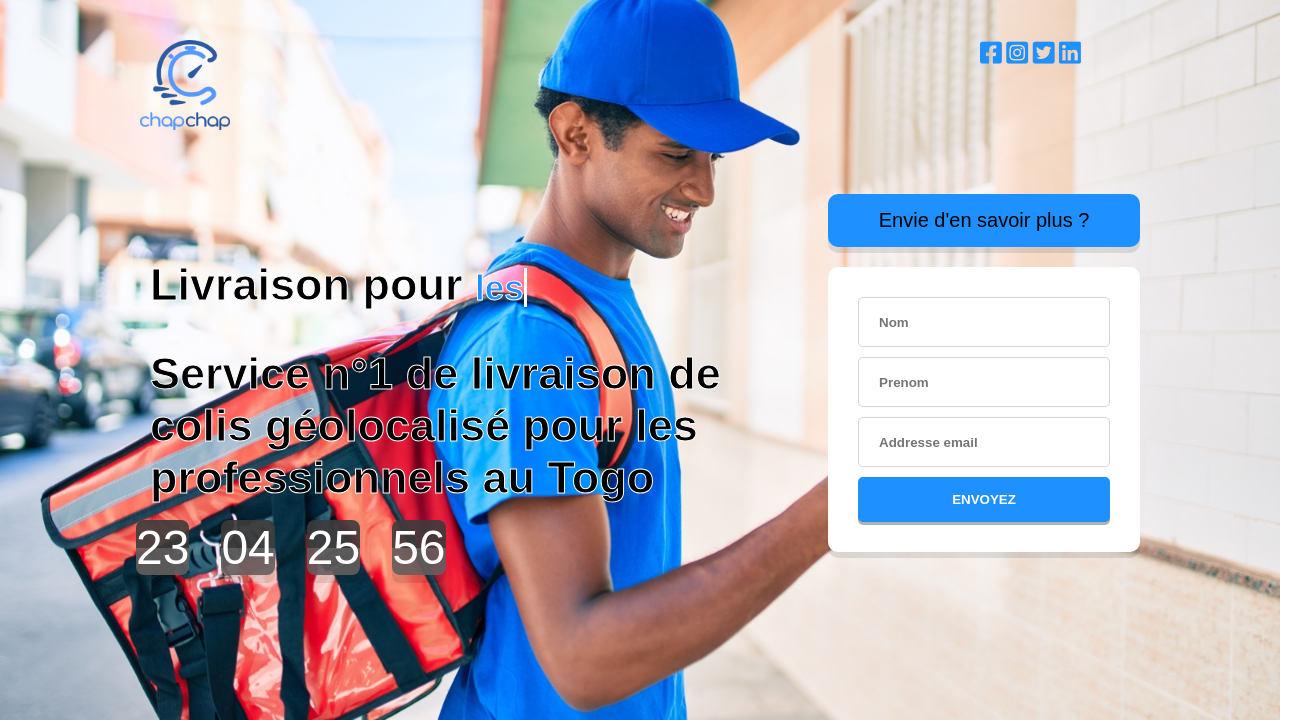
Repository: lawalalao/landpage
Page: index.html
These files come from the project's save history. The page is drawn as it stood at one moment and after the next save; the edit follows.
The browser window is 1280 px wide. The page is 1280 px wide, then 1302 px, then 1280 px, so the pictures cover 1302 px, including what lies to the right of the window. The pictures show the whole page.
Some web fonts or font styles are not loaded; a fallback is used.

Above is the page before, as saved 2021-01-15 15:32:59.
Console error: TypeError: Cannot read properties of null (reading 'addEventListener')

### index.html
<!DOCTYPE html>
<html lang="en">
<head>
    <meta charset="UTF-8">
    <meta name="viewport" content="width=device-width, initial-scale=1.0">
    <link rel="shortcut icon" type="image/x-icon" href="./assets/icone.png">
    <meta http-equiv="refresh" content="30">
    <link href="./assets/fontawesome-free-5.15.1-web/css/all.css" rel="stylesheet">
    <link rel="preconnect" href="https://fonts.gstatic.com">
    <link href="https://fonts.googleapis.com/css2?family=Allerta+Stencil&display=swap" rel="stylesheet">
    <link rel="stylesheet" href="style.css">
    <!-- Primary Meta Tags -->
<title>chapchap.tg</title>
<meta name="title" content="chapchap.tg">
<meta name="description" content="Service n°1 de livraison de colis géolocalisé pour les professionnels au Togo.comingsoon">

<!-- Open Graph / Facebook -->
<meta property="og:type" content="website">
<meta property="og:url" content="https://metatags.io/">
<meta property="og:title" content="chapchap.tg">
<meta property="og:description" content="Service n°1 de livraison de colis géolocalisé pour les professionnels au Togo.comingsoon">
<meta property="og:image" content="https://metatags.io/assets/meta-tags-16a33a6a8531e519cc0936fbba0ad904e52d35f34a46c97a2c9f6f7dd7d336f2.png">

<!-- Twitter -->
<meta property="twitter:card" content="summary_large_image">
<meta property="twitter:url" content="https://metatags.io/">
<meta property="twitter:title" content="chapchap.tg">
<meta property="twitter:description" content="Service n°1 de livraison de colis géolocalisé pour les professionnels au Togo.comingsoon">
<meta property="twitter:image" content="https://metatags.io/assets/meta-tags-16a33a6a8531e519cc0936fbba0ad904e52d35f34a46c97a2c9f6f7dd7d336f2.png">
</head>
<body>

        <div class="nav" id="navbar">
            <nav class="navbar navbar-light bg-light">
            <a class="navbar-brand" href="#">
                <img src="./assets/logo.png" width="90" height="90" alt="logo" loading="lazy">
            </a>
            </nav>
            <div class="social">
                <a href="https://web.facebook.com/chapchap.tg" target="_blank" ><i class="fab fa-facebook-square"></i></a>
                <a href="https://www.instagram.com/chapchap_tg/" target="_blank"><i class="fab fa-instagram-square"></i></a>
                <a href="https://twitter.com/chapchap_tg" target="_blank"><i class="fab fa-twitter-square"></i></a>
                <a href="https://www.linkedin.com/company/chapchap-tg" target="_blank" ><i class="fab fa-linkedin"></i></a>
            </div>
        </div>

    <section class="signup">
        <div class="signup-intro">
            <h1 class="z">Livraison pour
                <span class="txt-type" data-wait="500" data-words='["les colis", "les plis", "les marchandises", "le retail", "le dernier Kilometre"]'></span>
            </h1>
            <h1 class="x">Service n°1 de livraison de colis géolocalisé pour les professionnels au Togo</h1>
             <div class="countdown"></div>

        </div>

        <div class="signup-form">
            <div class="tryit-banner">
                <p>Envie d'en savoir plus ? </p>
            </div>

            <form action="https://formspree.io/f/xleollba" method="POST"">
                <input type="text" name="name" placeholder="Nom">
                <input type="text" name="name" placeholder="Prenom">
                <input type="email" name="_replyto"placeholder="Addresse email" required>

                <button class="button">Envoyez</button>

            </form>
        </div>
    </section>
</body>
<script src="./app.js"></script>
<script>  var prevScrollpos = window.pageYOffset;
      window.onscroll = function() {

      var currentScrollpos = window.pageYOffset;
      if(prevScrollpos > currentScrollpos) {
            document.getElementById("navbar").style.top = "0";
      } else {
            document.getElementById("navbar").style.top = "-400px";
      }

      prevScrollpos = currentScrollpos;

      }</script>
</html>

### style.css
body {
    font-family: 'Allerta Stencil',
    sans-serif;
    max-width: 310px;
    margin: 0 auto;
    padding: 20px 20px;
    background: url("./assets/image.jpeg") center no-repeat;
    background-repeat: no-repeat;
    background-size: cover;
    color: Black;
    text-align: center;
}
.social i{
    color:#1E90FF;
    font-size:25px;
}

.social i:hover {
    color: rgb(25, 29, 238);
}

.z{
    margin-top: 100px;
}

.txt-type>.txt {
    font-size: 35px;
    color: #1E90FF;
    border-right: 0.2rem solid white;
}
h1{
    -webkit-text-stroke: 1px white;
    color:black;
}
p {
    font-size: 14px;
}

.tryit-banner {
    background-color:#1E90FF;
    border-radius: 10px;
    margin-top: 50px;
    box-shadow: 0px 6px 0px rgba(0, 0, 0, 0.1);
    font-size: 14px;
}

.tryit-banner p {
    padding: 15px 0;
}

input, button {
    font-family: 'Allerta Stencil',
    sans-serif;
}

form {
    background-color: #fff;
    margin-top: 20px;
    display: flex;
    flex-direction: column;
    padding: 20px;
    border-radius: 10px;
    box-shadow: 0px 6px 0px rgba(0, 0, 0, 0.1);
}

input {
    box-sizing: border-box;
    width: 100%;
    height: 50px;
    padding-left: 20px;
    font-weight: 600;
    border: 1px solid hsl(245, 35%, 87%);
    border-radius: 5px;
    margin-bottom: 10px;
    transition: 0.1s;
}

input:hover {
    border: 1px solid hsl(246, 25%, 77%);
}

.button {
    background-color:#1E90FF;
    font-family: 'Allerta Stencil',
    sans-serif;
    border: none;
    border-radius: 5px;
    box-shadow: 0px 3px 0px rgba(0, 0, 0, 0.3);
    padding: 15px 0;
    text-transform: uppercase;
    color: #fff;
    font-weight: 600;
    transition: 0.5s;
}

.button:hover {
    background-color:#042b52;
}

.form-disclaimer {
    color: hsl(246, 25%, 77%);
    font-size: 10px;
}

.terms {
    text-decoration: none;
    font-weight: 600;
    color: hsl(0, 100%, 74%);
}
.countdown {

    display: flex;
    margin-left: -30px;
    font-size: 30px;
    font-weight: 200;
}

.countdown div {

    background: linear-gradient(to bottom,
            rgba(61, 58, 58, 0.9) 50%,
            rgba(99, 93, 93, 0.9) 0);
    color: white;
    margin: 1rem 1rem 3rem 1rem;
    font-size: 3rem;
    font-weight: 400;
    display: flex;
    justify-content: center;
    align-items: center;
    box-shadow: 0px 8px 0px rgba(0, 0, 0, 0.1);
    border-radius: 8px;
    position: relative;
}

.countdown div::before {
    content: "";
    position: absolute;
    height: 0.24rem;
    background-color: #17181b;
}

.countdown div::after {
    content: attr(data-content);
    font-size: 6rem;
    font-weight: 400;
    position: absolute;
    bottom: -6rem;
}

@media screen and (min-width: 480px) {
    .countdown {
        font-size: 25px;
        display: flex;
    }

    .countdown div {
        display: flex;
        margin: 1rem 1rem 1rem 1rem;
        font-size: 2rem;
        flex-direction: column;
    }

    .countdown div::after {
        font-size: 2rem;
        display: flex;
        flex-direction: column;
        width: 60%;

    }
}

@media screen and (min-width: 768px) {
    .countdown {
        font-size: 56px;
    }
    .countdown {
        font-size: 25px;
        display: flex;
    }

    .countdown div {
        display: flex;
        margin: 1rem 1rem 1rem 1rem;
        font-size: 3rem;
        flex-direction: column;
    }

    .countdown div::after {
        font-size: 2.2rem;
        display: flex;
        flex-direction: column;
        width: 60%;
    }

    .signup {
        text-align: center;
    }
}

@media screen and (min-width: 1024px) {
    header .content .countdown {
        font-size: 72px;

    }
}

@media screen and (min-width: 1280px) {
    .content .countdown {
        font-size: 56px;
    }

}
@media screen and (min-width: 900px) {

    .signup {
        display: flex;
        justify-content: space-between;
    }

    .signup-intro {
        margin-top: 25px;
        width: 100%;
        margin-left: 10px;
        display: flex;
        flex-direction: column;
        justify-content: center;
        text-align: left;
    }

    .signup-form {
        width: 46%;
        font-family: 'Allerta Stencil',
        sans-serif;
        margin-top: 10px;
    }
    form {
        padding: 30px;
    }

    body {
        max-width: 1000px;
        padding: 40px 20px;
        background: url("./assets/image.jpeg") ;
        background-repeat: no-repeat;
        background-size: cover;
        font-family: 'Allerta Stencil',
        sans-serif;
    }
    .nav{
        display: flex;

    }
    .navbar-brand img{
        margin-right:50px;
    }
    .social{
        margin-left:700px;
    }
    h1 {
        font-size:45px;
        margin-bottom: 0px;
        -webkit-text-stroke: 1px white;
        color:black;
    }

    p {
        font-size: 20px;
    }
}

### app.js
const countdown = document.querySelector(".countdown");

const interval = setInterval(() => {
  const deadline = new Date(2021,01, 05, 00, 00, 00);

  const current = new Date();

  const diff = deadline - current;

  const days = Math.floor(diff / (1000 * 60 * 60 * 24)) + "";
  const hours = Math.floor((diff / (1000 * 60 * 60)) % 24) + "";
  const minutes = Math.floor((diff / (1000 * 60)) % 60) + "";
  const seconds = Math.floor((diff / 1000) % 60) + "";

  countdown.innerHTML = `
    <div data-content="">${days.length === 1 ? `0${days}` : days}</div>
    <div data-content="">${hours.length === 1 ? `0${hours}` : hours}</div>
    <div data-content="">${
      minutes.length === 1 ? `0${minutes}` : minutes
    }</div>
    <div data-content="">${
      seconds.length === 1 ? `0${seconds}` : seconds
    }</div>
`;

  if (diff < 0) {
    clearInterval(interval);
    countdown.innerHTML = "<h1>Here We Go!!!</h1>";
  }

  document.querySelector(".reset").addEventListener("click", () => {
    clearInterval(interval);

    const divs = document.querySelectorAll(".countdown div");

    divs.forEach((div) => {
      div.innerHTML = "00";
    });
  });
}, 1000);


// ES6 Class
class TypeWriter {
  constructor(txtElement, words, wait = 3000) {
    this.txtElement = txtElement;
    this.words = words;
    this.txt = '';
    this.wordIndex = 0;
    this.wait = parseInt(wait, 10);
    this.type();
    this.isDeleting = false;
  }

  type() {
    // Current index of word
    const current = this.wordIndex % this.words.length;
    // Get full text of current word
    const fullTxt = this.words[current];

    // Check if deleting
    if(this.isDeleting) {
      // Remove char
      this.txt = fullTxt.substring(0, this.txt.length - 1);
    } else {
      // Add char
      this.txt = fullTxt.substring(0, this.txt.length + 1);
    }

    // Insert txt into element
    this.txtElement.innerHTML = `<span class="txt">${this.txt}</span>`;

    // Initial Type Speed
    let typeSpeed = 300;

    if(this.isDeleting) {
      typeSpeed /= 2;
    }

    // If word is complete
    if(!this.isDeleting && this.txt === fullTxt) {
      // Make pause at end
      typeSpeed = this.wait;
      // Set delete to true
      this.isDeleting = true;
    } else if(this.isDeleting && this.txt === '') {
      this.isDeleting = false;
      // Move to next word
      this.wordIndex++;
      // Pause before start typing
      typeSpeed = 500;
    }

    setTimeout(() => this.type(), typeSpeed);
  }
}


// Init On DOM Load
document.addEventListener('DOMContentLoaded', init);

// Init App
function init() {
  const txtElement = document.querySelector('.txt-type');
  const words = JSON.parse(txtElement.getAttribute('data-words'));
  const wait = txtElement.getAttribute('data-wait');
  // Init TypeWriter
  new TypeWriter(txtElement, words, wait);
}

Loaded but not shown: assets/fontawesome-free-5.15.1-web/css/all.css (library)

After the next save:
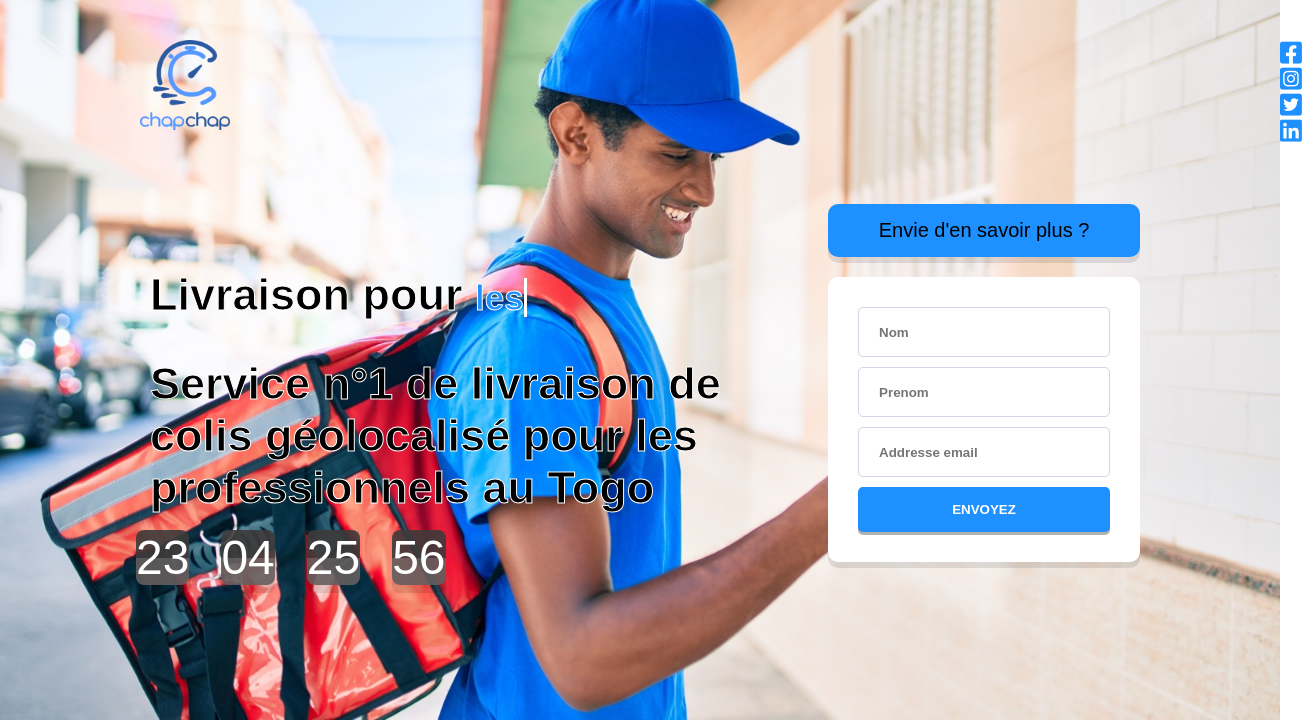
Saved 5 s later.
--- a/style.css
+++ b/style.css
@@ -254,7 +254,7 @@
         margin-right:50px;
     }
     .social{
-        margin-left:700px;
+        margin-left:1000px;
     }
     h1 {
         font-size:45px;

After the save that followed:
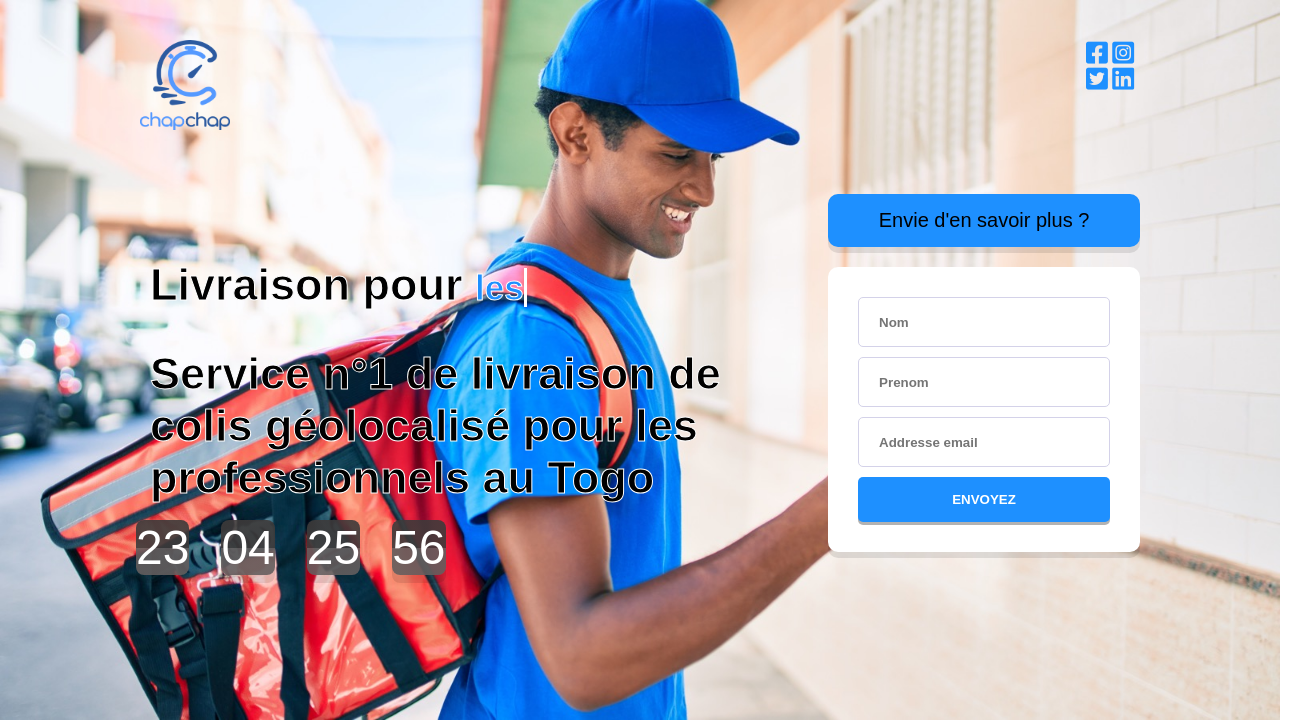
Saved 4 s later.
--- a/style.css
+++ b/style.css
@@ -254,7 +254,7 @@
         margin-right:50px;
     }
     .social{
-        margin-left:1000px;
+        margin-left:800px;
     }
     h1 {
         font-size:45px;
